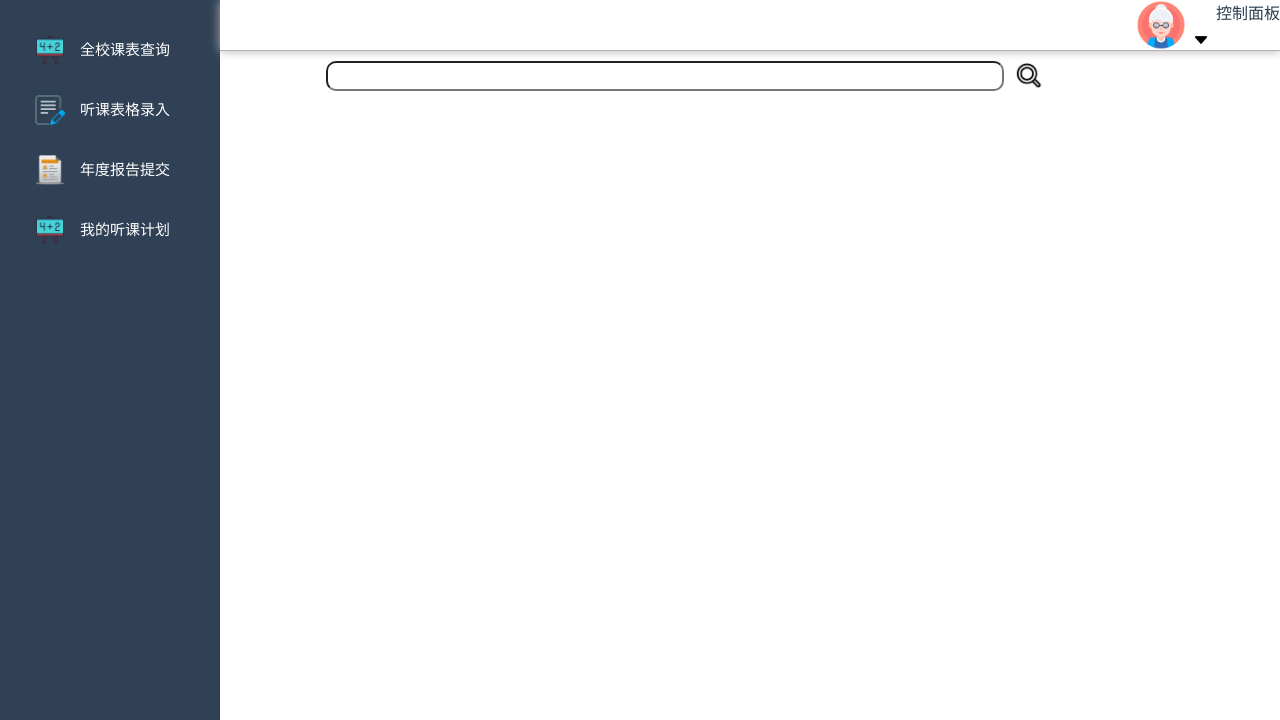
Repository: shandamengcheng/graduate-project
Page: /home
An editor plug-in stored every save of this project. The page is shown before and after the next save, followed by the edit.
The browser window is 1280 px wide. The pictures show the whole page.
The project was rebuilt for these pictures with package versions that can differ from the ones it lists, and the page was loaded fresh each time. Also part of the build but not shown: src/views/Login.vue, src/components/Record.vue, src/components/Report.vue, src/components/Plan.vue.

Above is the page before, as saved 2021-03-14 15:16:21.

### src/App.vue
<template>
  <div id="app">
    <router-view/>
  </div>
</template>

<style>
* {
  margin: 0;
  padding: 0;
  -webkit-box-sizing: inherit;
  box-sizing: inherit;
}

#app, html, body{
  font-family: Avenir, Helvetica, Arial, sans-serif;
  -webkit-font-smoothing: antialiased;
  -moz-osx-font-smoothing: grayscale;
  text-align: center;
  color: #2c3e50;
  height: 100%;
  overflow: hidden;
}

</style>

### src/router/index.js
import Vue from 'vue'
import VueRouter from 'vue-router'
import Home from '../views/Home.vue'
import Login from '../views/Login.vue';
import Search from '../components/Search.vue';
import Record from '../components/Record.vue';
import Report from '../components/Report.vue';
import Plan from '../components/Plan.vue';

Vue.use(VueRouter)

const routes = [
  {
    path: '/',
    name: 'Login',
    component: Login
  },
  {
    path: '/login',
    name: 'Login',
    component: Login
  },
  {
    path: '/home',
    name: Home,
    component: Home,
    children:[
      {
        path: '/',
        name: 'Search',
        component: Search,
      },
      {
        path: 'search',
        name: 'Search',
        component: Search,
      },
      {
        path: 'record',
        name: 'Record',
        component: Record
      },
      {
        path: 'Report',
        name: 'Report',
        component: Report
      },
      {
        path: 'Plan',
        name: 'Plan',
        component: Plan
      },
    ]
  }
]

const router = new VueRouter({
  mode: 'history',
  base: process.env.BASE_URL,
  routes
})

export default router

### src/views/Home.vue
<template>
  <div class="home">
    <SideBar @changeView="navigationToView" />
    <div class="main">
      <NavigationBar />
      <router-view />
      <!-- <Search /> -->
    </div>
  </div>
</template>

<script>
// @ is an alias to /src
import Login from "@/views/Login";
import SideBar from "@/components/SideBar";
import NavigationBar from "@/components/NavigationBar";
import Search from "@/components/Search";

export default {
  name: "Home",
  components: {
    Login,
    SideBar,
    NavigationBar,
    Search,
  },
  data() {
    return {
      // isShowMenu: false, // 用来控制头像旁menu的隐藏
    }
  },
  methods: {
    navigationToView: function(path) {
      if (location.pathname == `/home/${path}`) return;
      this.$router.push(`/home/${path}`);
    },
  },
};
</script>

<style scoped>
.home {
  min-height: 100%;
  width: 100%;
  display: flex;
  flex-direction: row;
  /* background-color: #2d3a4b;
    color: white; */
  overflow: hidden;
}
.main {
  width: calc(100% - 220px);
  min-width: 600px;
}
</style>

### src/components/Search.vue
<template>
  <div class="search">
    <input type="search" />
    <img src="@/assets/search.png" />
  </div>
</template>

<script>
export default {
  name: "Search",
};
</script>

<style scoped>
.search {
  width: 80%;
  margin: auto;
  height: 30px;
  margin-top: 10px;
  text-align: left;
}
.search input {
  display: inline-block;
  width: 80%;
  height: 30px;
  line-height: 30px;
  border-radius: 10px;
  outline: none;
  font-size: 20px;
  padding: 0 5px;
  box-sizing: border-box;
  vertical-align: top;
}
.search img {
  display: inline-block;
  width: 30px;
  height: 30px;
  margin-left: 10px;
  cursor: pointer;
}
/* img:active {
  box-shadow: 4px 3px 5px 2px rgb(180, 178, 178);
} */
</style>

### src/components/SideBar.vue
<template>
  <div class="sidebar">
    <SideBarItem id="search" @passData="passPathToHome">
      <img src="@/assets/class.png" />
      <div>全校课表查询</div>
    </SideBarItem>
    <SideBarItem id="record" @passData="passPathToHome">
      <img src="@/assets/sheet.png" />
      <div>听课表格录入</div>
    </SideBarItem>
    <SideBarItem id="report" @passData="passPathToHome">
      <img src="@/assets/report.png" />
      <div>年度报告提交</div>
    </SideBarItem>
    <SideBarItem id="plan" @passData="passPathToHome">
      <img src="@/assets/class.png" />
      <div>我的听课计划</div>
    </SideBarItem>
  </div>
</template>

<script>
import SideBarItem from "@/components/SideBarItem";

export default {
  name: "SideBar",
  components: {
    SideBarItem,
  },
  methods: {
    passPathToHome: function(path) {
      this.$emit('changeView', path)
    }
  },
};
</script>

<style scoped>
.sidebar {
  width: 220px;
  min-width: 220px;
  height: 100vh;
  background: #304156;
  color: white;
  font-size: 15px;
  text-align: center;
  display: flex;
  flex-direction: column;
  padding-top: 20px;
}
</style>

### src/components/NavigationBar.vue
<template>
  <div class="navbar">
    <img src="@/assets/avatar.png" class="avatar-img" />
    <img src="@/assets/arrow.png" class="avatar-submenu" @click="toggleMenu"/>
    <ul class="avatar-menu" v-if="showMenu" @click="toggleMenu">
      <li class="home" @click="navigateToPage('home')">Home</li>
      <li @click="navigateToPage('login')">Log Out</li>
    </ul>
    <div class="title">控制面板</div>
  </div>
</template>

<script>
export default {
  name: "NavigationBar",
  data() {
    return {
      showMenu: false,
    }
  },
  methods: {
    toggleMenu: function() {
      this.showMenu = !this.showMenu;
    },
    navigateToPage: function(path) {
      if (location.pathname == `/${path}`) return;
      this.$router.push(`/${path}`);
    }
  }
};
</script>

<style scoped>
.navbar {
  width: 100%;
  height: 50px;
  display: flex;
  position: relative;
  justify-content: flex-end;
  border-bottom: 0.5px solid rgb(180, 178, 178);
  box-shadow: 0px 0px 10px rgb(180, 178, 178);
}
.navbar img {
  display: inline-block;
  height: 100%;
  width: 50px;
  border-radius: 10px;
}
.navbar .avatar-submenu {
  width: 20px;
  height: 20px;
  margin: 30px 5px 0px 5px;
}
.avatar-menu {
  position: absolute;
  top: 60px;
  right: 5px;
  width: 90px;
  border: 0.5px solid rgba(180, 178, 178, 0.5);
  list-style-type: none;
  padding: 0;
  border-radius: 10px;
}
.avatar-menu li {
  height: 50px;
  line-height: 50px;
  cursor: pointer;
}
.home {
  border-bottom: 0.5px solid rgba(180, 178, 178, 0.5);
}
.title {
  margin-left: 0;
}
</style>

### src/components/SideBarItem.vue
<template>
  <div class="sidebar-item" @click="showSearchView">
    <slot>默认列表项</slot>
  </div>
</template>

<script>
export default {
  name: "SideBarItem",
  methods: {
    showSearchView: function() {
      this.$router.push('/home/search');
    }
  }
}
</script>

<style scoped>
.sidebar-item {
  height: 60px;
  padding: 0 10px;
  line-height: 60px;
  border: none;
  outline: none;
  cursor: pointer;
  display: flex;
  justify-content: center;
}
.sidebar-item img {
  /* display: inline-block; */
  align-self: center;
  height: 50%;
  vertical-align: middle;
  width: 15%;
  /* margin-right: 5px; */
}
.sidebar-item div {
  width: 60%;
  /* display: inline-block; */
}
</style>

Loaded but not shown: public/index.html (common file); src/main.js (common file); src/store/index.js (common file)

After the next save:
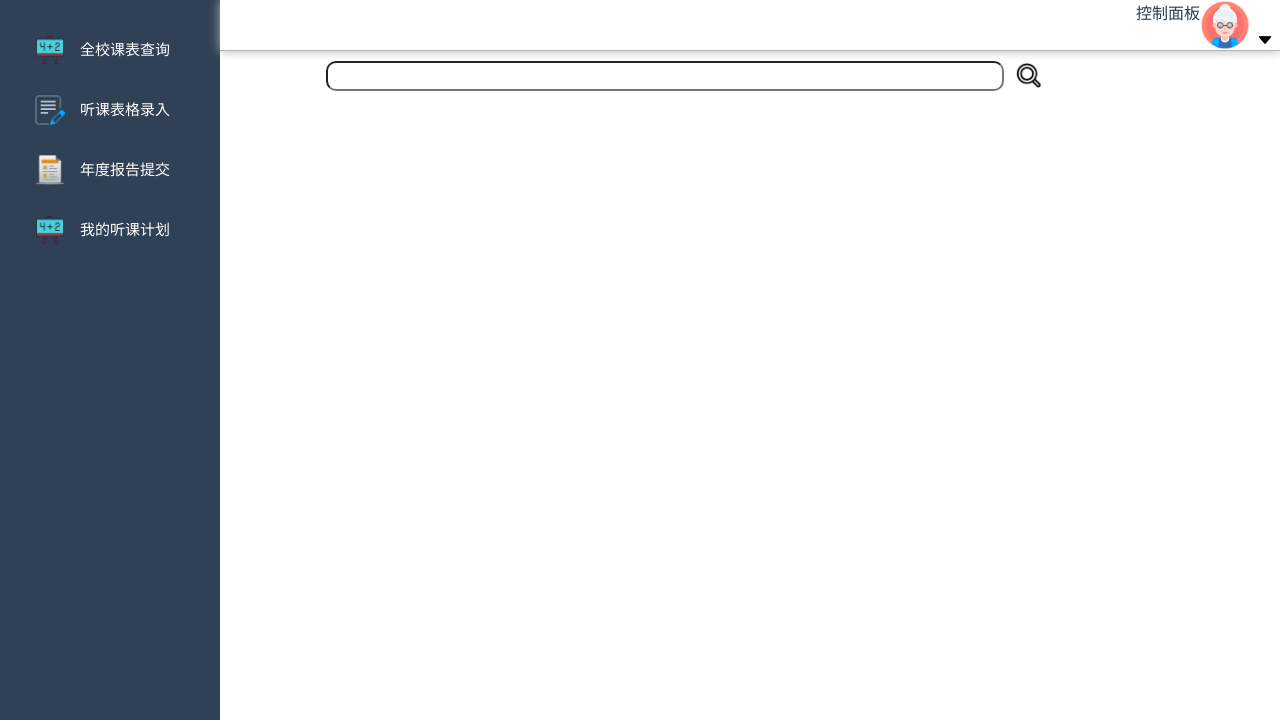
Saved 16 s later.
--- a/src/components/NavigationBar.vue
+++ b/src/components/NavigationBar.vue
@@ -1,12 +1,12 @@
 <template>
   <div class="navbar">
+    <div class="title">控制面板</div>
     <img src="@/assets/avatar.png" class="avatar-img" />
-    <img src="@/assets/arrow.png" class="avatar-submenu" @click="toggleMenu"/>
+    <img src="@/assets/arrow.png" class="avatar-submenu" @click="toggleMenu" />
     <ul class="avatar-menu" v-if="showMenu" @click="toggleMenu">
       <li class="home" @click="navigateToPage('home')">Home</li>
       <li @click="navigateToPage('login')">Log Out</li>
     </ul>
-    <div class="title">控制面板</div>
   </div>
 </template>
 
@@ -16,7 +16,7 @@ export default {
   data() {
     return {
       showMenu: false,
-    }
+    };
   },
   methods: {
     toggleMenu: function() {
@@ -25,8 +25,8 @@ export default {
     navigateToPage: function(path) {
       if (location.pathname == `/${path}`) return;
       this.$router.push(`/${path}`);
-    }
-  }
+    },
+  },
 };
 </script>
 
